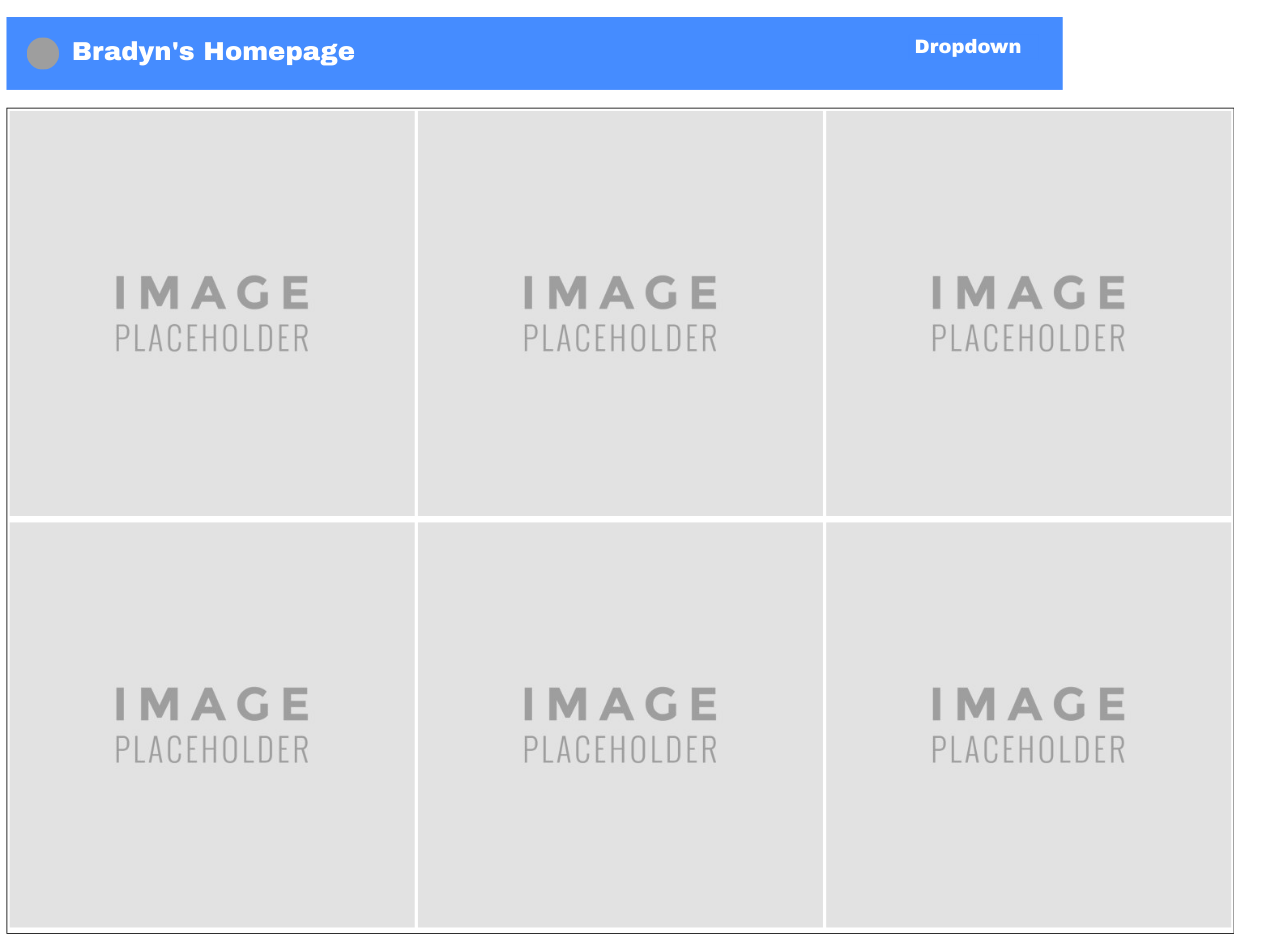
Repository: br4y/br4y.github.io
Page: index.html
The author's editor kept a record of every edit. The page is drawn from the files as they stood at one moment, then again after the next edit.
The browser window is 1280 px wide. The page is 1524 px wide, then 1570 px, then 1524 px, so the pictures cover 1570 px, including what lies to the right of the window. The pictures show the whole page, at 81% of full size.
Pictures or frames that could not be fetched are drawn as grey boxes.

Above is the page before.

### index.html
<!DOCTYPE html>
<link href="StyleSheet.css" rel="stylesheet" type="text/css">
<html>
    <head>
        <h1 class="title"><img src="https://www.nationalgeographic.com/content/dam/animals/thumbs/rights-exempt/mammals/d/domestic-dog_thumb.jpg" class="dog"></img>
            Bradyn's Homepage
                <div class="dropdown">
                    <button class="dropbtn">Dropdown</button>
                     <div class="dropdown-content">
                        <a href="index.html">Home</a>
                        <a href="about.html">About Me</a>
                        <a href="portfolio.html">My Portfolio</a>
                        <a href="link.html">Link </a>
                    </div>
                </div>
        </h1>

    </head>

    <body>
        <table>
            <tr>
                <td><img class="homeimg" src="images/placeholder.jpg"></img></td>
                <td><img class="homeimg" src="images/placeholder.jpg"></img></td>
                <td><img class="homeimg" src="images/placeholder.jpg"></img></td>
            </tr>
            <tr>
                <td><img class="homeimg" src="images/placeholder.jpg"></img></td>
                <td><img class="homeimg" src="images/placeholder.jpg"></img></td>
                <td><img class="homeimg" src="images/placeholder.jpg"></img></td>
            </tr>
        </table>
    </body>

</html>

### StyleSheet.css
    .title {
        padding:20px;
        text-align:left;
        font-family: "Arial Black", Gadget, sans-serif;
        width:100%;
        background-color:#458cff;
        color:white;
        line-height:30px;
    }

    .dropdown {
        float:right;
        display:inline-block;
    }

    .dropdown-content {
        display:none;
        position:absolute;
        z-index:1;
        width:75%;
    }

    .dropdown-content a {
        color:white;
        display:block;
        background-color: #458cff;
        padding:12px 16px;
        font-size:50%;
        z-index:;
        font-family:"Arial Black", Gadget, sans-serif;
        text-decoration:none;
    }


    .drplink {
        display:block;
        position:absolute;
        z-index:;
        background-color:white;
        font-family:"Arial Black", Gadget, sans-serif;
    }

    .dropbtn {
        margin-right:10px;
        padding-right:20px;
        border-color:#458cff;
        border-right:1px #458cff solid;
        border-bottom:1px #458cff solid;
        background-color:#458cff;
        color:white;
        font-size:75%;
        font-family:"Arial Black", Gadget, sans-serif;
    }

    .dog {
        width:40px;
        height:40px;
        border-radius:50%;
        padding:5px;
        display:inline;
        vertical-align:middle;
    }

    .portrait {
        height:relative;
        width:50%;
        float:left;
    }

    .about-text {
        text-align:left;
        font-family:"Arial Black", Gadget, sans-serif;
        width:45%;
        height:relative;
        display:inline-block;
        margin-left:15px;
    }

    .dropdown:hover .dropdown-content {display: block;}
    .dropdown-content a:hover {background-color:#2376fc;}
    .dropdown:hover .dropbtn {background-color: #2376fc;}

    table {
        width:100%;
        border: 1px double black;
    }

    .row1 {
        width:relative;
        height:40%;
        margin-left:10%;
    }

    .row2 {
        width:relative;
        height:40%;
        margin-left:10%;
    }

    .row3 {
        width:relative;
        height:40%;
        margin-left:10%;

    }

After the next edit:
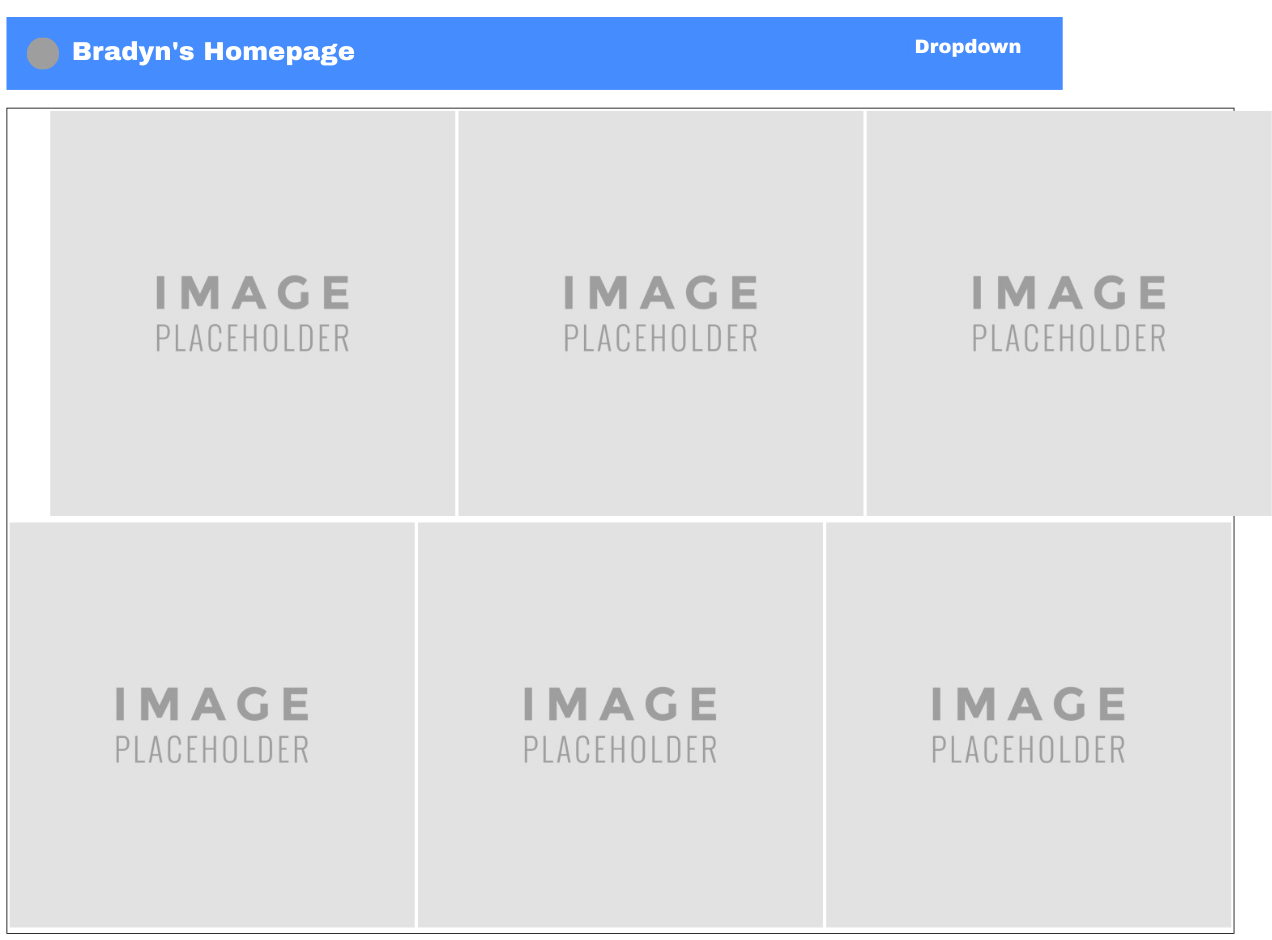
The edit:
--- a/index.html
+++ b/index.html
@@ -20,9 +20,9 @@
     <body>
         <table>
             <tr>
-                <td><img class="homeimg" src="images/placeholder.jpg"></img></td>
-                <td><img class="homeimg" src="images/placeholder.jpg"></img></td>
-                <td><img class="homeimg" src="images/placeholder.jpg"></img></td>
+                <td><img class="row1" src="images/placeholder.jpg"></img></td>
+                <td><img class="row2" src="images/placeholder.jpg"></img></td>
+                <td><img class="row3" src="images/placeholder.jpg"></img></td>
             </tr>
             <tr>
                 <td><img class="homeimg" src="images/placeholder.jpg"></img></td>

After the edit that followed:
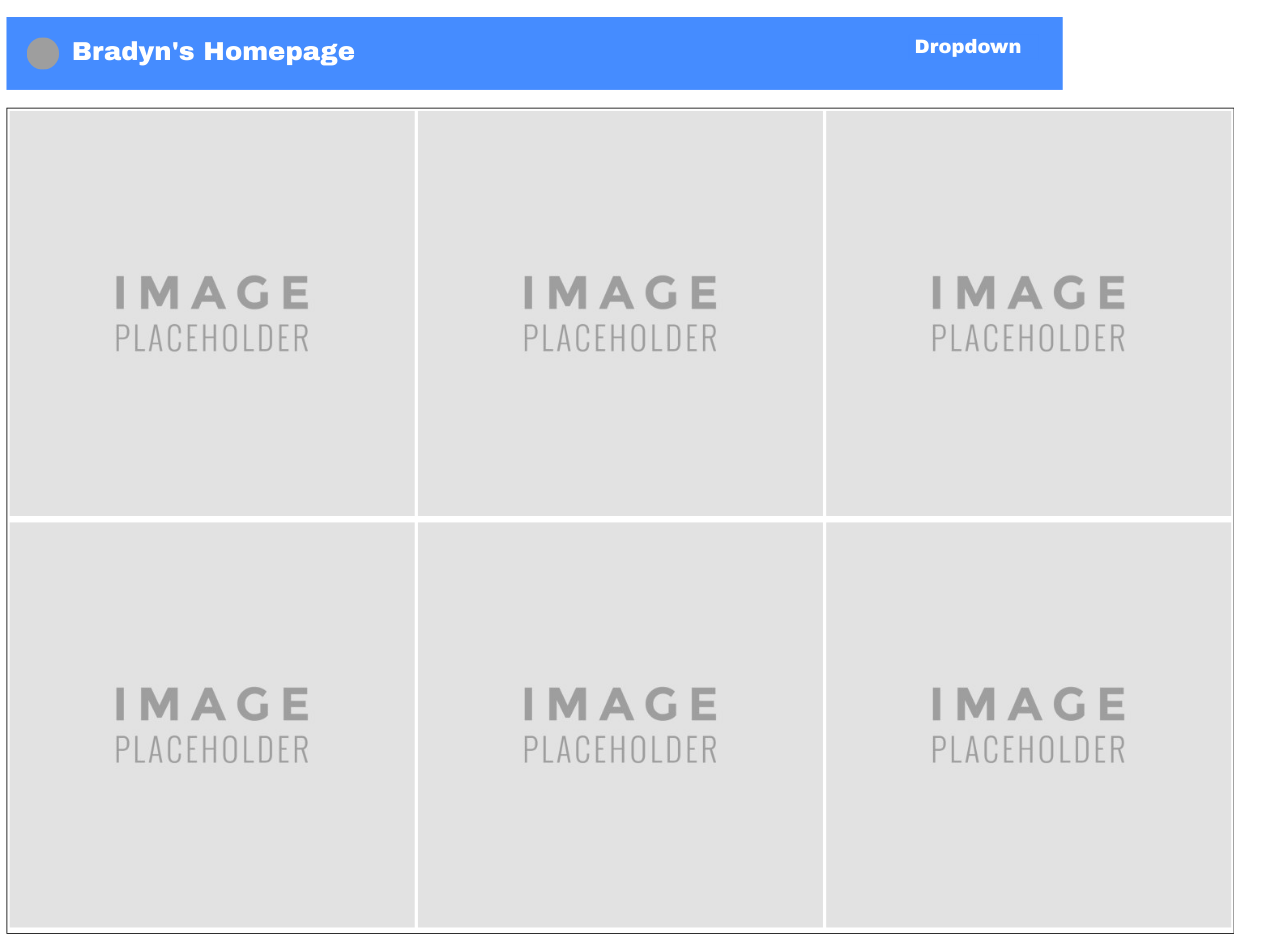
The edit:
--- a/index.html
+++ b/index.html
@@ -20,14 +20,14 @@
     <body>
         <table>
             <tr>
-                <td><img class="row1" src="images/placeholder.jpg"></img></td>
-                <td><img class="row2" src="images/placeholder.jpg"></img></td>
-                <td><img class="row3" src="images/placeholder.jpg"></img></td>
+                <td><img class="column1" src="images/placeholder.jpg"></img></td>
+                <td><img class="column2" src="images/placeholder.jpg"></img></td>
+                <td><img class="column3" src="images/placeholder.jpg"></img></td>
             </tr>
             <tr>
-                <td><img class="homeimg" src="images/placeholder.jpg"></img></td>
-                <td><img class="homeimg" src="images/placeholder.jpg"></img></td>
-                <td><img class="homeimg" src="images/placeholder.jpg"></img></td>
+                <td><img class="column1" src="images/placeholder.jpg"></img></td>
+                <td><img class="column2" src="images/placeholder.jpg"></img></td>
+                <td><img class="column3" src="images/placeholder.jpg"></img></td>
             </tr>
         </table>
     </body>
